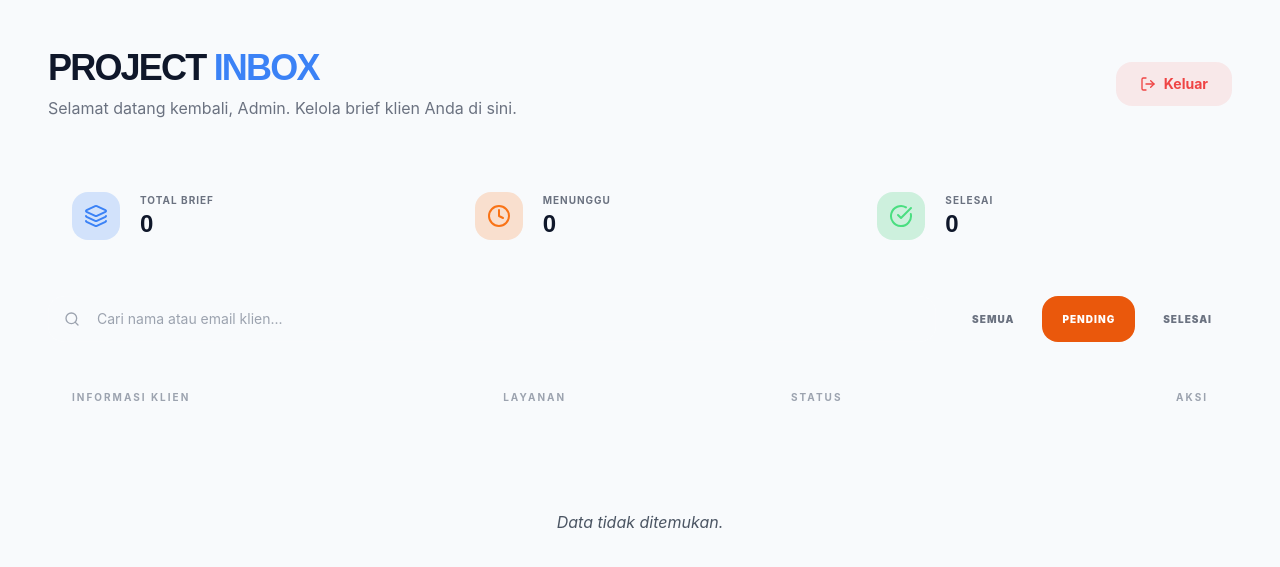
Repository: zhr-nabila/ClientBrief
Page: http://localhost/admin/index.php?f=Pending
An editor plug-in stored every save of this project. The page is shown before and after the next save, followed by the edit.
The browser window is 1280 px wide. The pictures show the whole page.
Some web fonts or font styles are not loaded; a fallback is used. Some web libraries are served in a nearby version. The page is run by PHP 8.4 with error messages shown; the project is at /var/www/html/. The session is filled in as if someone had signed in: {"admin_logged_in": true}. Other server files are loaded and not shown. Queries for data that is not in the repository find no rows.

Above is the page before, as saved 2026-01-18 20:14:06.

### admin/index.php
<?php
include 'auth.php';
include '../includes/koneksi.php';

$filter_status = isset($_GET['f']) ? $_GET['f'] : '';
$search = isset($_GET['s']) ? $_GET['s'] : '';

$sql = "SELECT * FROM tb_projek WHERE 1=1";

if ($filter_status != '') {
    $sql .= " AND status = '$filter_status'";
}
if ($search != '') {
    $sql .= " AND (nama_klien LIKE '%$search%' OR email_klien LIKE '%$search%')";
}

$sql .= " ORDER BY tgl_input DESC";
$query = mysqli_query($koneksi, $sql);

$total_projek = mysqli_num_rows(mysqli_query($koneksi, "SELECT id FROM tb_projek"));
$pending      = mysqli_num_rows(mysqli_query($koneksi, "SELECT id FROM tb_projek WHERE status='Pending'"));
$selesai      = mysqli_num_rows(mysqli_query($koneksi, "SELECT id FROM tb_projek WHERE status='Selesai'"));
?>
<!DOCTYPE html>
<html lang="id">

<head>
    <meta charset="UTF-8">
    <meta name="viewport" content="width=device-width, initial-scale=1.0">
    <title>Dashboard Admin | ClientBrief</title>
    <script src="https://cdn.tailwindcss.com"></script>
    <script src="https://unpkg.com/lucide@latest"></script>
    <link href="https://fonts.googleapis.com/css2?family=Plus+Jakarta+Sans:wght@400;600;800&display=swap" rel="stylesheet">
     <link rel="stylesheet" href="../css/style.css">
</head>

<body class="p-6 md:p-12">

    <div class="max-w-7xl mx-auto">
        <div class="flex flex-col md:flex-row justify-between items-start md:items-center mb-12 gap-6">
            <div>
                <h1 class="text-4xl font-black tracking-tighter uppercase">Project <span class="text-blue-500">Inbox</span></h1>
                <p class="text-gray-500 mt-2">Selamat datang kembali, Admin. Kelola brief klien Anda di sini.</p>
            </div>
            <a href="logout.php" class="flex items-center gap-2 px-6 py-3 bg-red-500/10 text-red-500 rounded-2xl hover:bg-red-500 hover:text-white transition-all font-bold text-sm text-center">
                <i data-lucide="log-out" class="w-4 h-4"></i> Keluar
            </a>
        </div>

        <div class="grid grid-cols-1 md:grid-cols-3 gap-6 mb-8">
            <div class="glass-card p-6 rounded-[24px] flex items-center gap-5">
                <div class="w-12 h-12 bg-blue-500/20 rounded-2xl flex items-center justify-center text-blue-500">
                    <i data-lucide="layers" class="w-6 h-6"></i>
                </div>
                <div>
                    <p class="text-[10px] uppercase tracking-widest text-gray-500 font-bold">Total Brief</p>
                    <h3 class="text-2xl font-black"><?= $total_projek ?></h3>
                </div>
            </div>

            <div class="glass-card p-6 rounded-[24px] flex items-center gap-5">
                <div class="w-12 h-12 bg-orange-500/20 rounded-2xl flex items-center justify-center text-orange-500">
                    <i data-lucide="clock" class="w-6 h-6"></i>
                </div>
                <div>
                    <p class="text-[10px] uppercase tracking-widest text-gray-500 font-bold">Menunggu</p>
                    <h3 class="text-2xl font-black"><?= $pending ?></h3>
                </div>
            </div>

            <div class="glass-card p-6 rounded-[24px] flex items-center gap-5">
                <div class="w-12 h-12 bg-green-500/20 rounded-2xl flex items-center justify-center text-green-400">
                    <i data-lucide="check-circle" class="w-6 h-6"></i>
                </div>
                <div>
                    <p class="text-[10px] uppercase tracking-widest text-gray-500 font-bold">Selesai</p>
                    <h3 class="text-2xl font-black"><?= $selesai ?></h3>
                </div>
            </div>
        </div>

        <div class="flex flex-col md:flex-row gap-4 mb-6">
            <form method="GET" class="relative flex-1">
                <i data-lucide="search" class="absolute left-4 top-1/2 -translate-y-1/2 w-4 h-4 text-gray-400"></i>
                <input type="text" name="s" value="<?= htmlspecialchars($search) ?>" placeholder="Cari nama atau email klien..."
                    class="w-full bg-white/5 border border-white/10 rounded-2xl py-3 pl-12 pr-4 text-sm focus:outline-none focus:border-blue-500 transition-all text-white">
            </form>

            <div class="flex gap-2">
                <a href="index.php" class="px-5 py-3 rounded-2xl text-[10px] font-black uppercase tracking-widest <?= $filter_status == '' ? 'bg-blue-600 text-white' : 'bg-white/5 text-gray-500 hover:bg-white/10' ?> transition-all flex items-center">Semua</a>
                <a href="index.php?f=Pending" class="px-5 py-3 rounded-2xl text-[10px] font-black uppercase tracking-widest <?= $filter_status == 'Pending' ? 'bg-orange-600 text-white' : 'bg-white/5 text-gray-500 hover:bg-white/10' ?> transition-all flex items-center">Pending</a>
                <a href="index.php?f=Selesai" class="px-5 py-3 rounded-2xl text-[10px] font-black uppercase tracking-widest <?= $filter_status == 'Selesai' ? 'bg-green-600 text-white' : 'bg-white/5 text-gray-500 hover:bg-white/10' ?> transition-all flex items-center">Selesai</a>
            </div>
        </div>

        <div class="glass-card rounded-[32px] overflow-hidden">
            <div class="overflow-x-auto no-scrollbar">
                <table class="w-full text-left border-collapse">
                    <thead>
                        <tr class="bg-white/5 border-b border-white/5">
                            <th class="p-6 text-[10px] uppercase tracking-[0.2em] text-gray-400 font-bold">Informasi Klien</th>
                            <th class="p-6 text-[10px] uppercase tracking-[0.2em] text-gray-400 font-bold">Layanan</th>
                            <th class="p-6 text-[10px] uppercase tracking-[0.2em] text-gray-400 font-bold">Status</th>
                            <th class="p-6 text-[10px] uppercase tracking-[0.2em] text-gray-400 font-bold text-right">Aksi</th>
                        </tr>
                    </thead>
                    <tbody class="divide-y divide-white/5">
                        <?php if (mysqli_num_rows($query) > 0): ?>
                            <?php while ($row = mysqli_fetch_assoc($query)): ?>
                                <tr class="hover:bg-white/[0.02] transition-colors group">
                                    <td class="p-6">
                                        <div class="font-bold text-lg tracking-tight"><?= htmlspecialchars($row['nama_klien']) ?></div>
                                        <div class="text-sm text-gray-500 flex items-center gap-2 mt-1">
                                            <i data-lucide="mail" class="w-3 h-3"></i> <?= htmlspecialchars($row['email_klien']) ?>
                                        </div>
                                    </td>
                                    <td class="p-6">
                                        <div class="text-sm font-semibold"><?= htmlspecialchars($row['jasa_pilihan']) ?></div>
                                        <div class="text-[10px] text-gray-600 mt-1 uppercase tracking-widest italic">
                                            <?= date('d M Y', strtotime($row['tgl_input'])) ?>
                                        </div>
                                    </td>
                                    <td class="p-6">
                                        <?php
                                        $statusClass = [
                                            'Pending' => 'bg-orange-500/10 text-orange-500',
                                            'Disetujui' => 'bg-green-500/10 text-green-500',
                                            'Ditolak' => 'bg-red-500/10 text-red-500',
                                            'Dalam Pengerjaan' => 'bg-blue-500/10 text-blue-500',
                                            'Selesai' => 'bg-purple-500/10 text-purple-500'
                                        ];
                                        $cls = $statusClass[$row['status']] ?? 'bg-gray-500/10 text-gray-500';
                                        ?>
                                        <span class="px-4 py-1.5 rounded-full text-[10px] font-black uppercase tracking-tighter <?= $cls ?>">
                                            <?= $row['status'] ?>
                                        </span>
                                    </td>
                                    <td class="p-6 text-right">
                                        <div class="flex justify-end gap-2 opacity-0 group-hover:opacity-100 transition-opacity">

                                            <?php if (isset($row['no_telepon'])): ?>
                                                <?php
                                                $wa_number = preg_replace('/[^0-9]/', '', $row['no_telepon']);
                                                if (substr($wa_number, 0, 1) === '0') $wa_number = '62' . substr($wa_number, 1);
                                                ?>
                                                <a href="https://wa.me/<?= $wa_number ?>" target="_blank" class="p-3 bg-white/5 rounded-xl hover:bg-green-600 transition-all text-green-400 hover:text-white" title="Chat WhatsApp">
                                                    <i data-lucide="message-square" class="w-4 h-4"></i>
                                                </a>
                                            <?php endif; ?>

                                            <button onclick="showDetail('<?= addslashes($row['kebutuhan_detail']) ?>')" class="p-3 bg-white/5 rounded-xl hover:bg-blue-600 transition-all" title="Detail Pesan">
                                                <i data-lucide="eye" class="w-4 h-4"></i>
                                            </button>

                                            <?php if (!empty($row['nama_file'])): ?>
                                                <button onclick="openPreview('../Uploads/<?= $row['nama_file'] ?>')" class="p-3 bg-white/5 rounded-xl hover:bg-green-600 transition-all text-green-400 hover:text-white" title="Lihat Referensi">
                                                    <i data-lucide="image" class="w-4 h-4"></i>
                                                </button>
                                            <?php else: ?>
                                                <button class="p-3 bg-white/5 rounded-xl opacity-30 cursor-not-allowed" title="Tidak ada gambar">
                                                    <i data-lucide="image-off" class="w-4 h-4"></i>
                                                </button>
                                            <?php endif; ?>

                                            <a href="hapus_projek.php?id=<?= $row['id'] ?>"
                                                onclick="return confirm('Hapus brief dari <?= htmlspecialchars($row['nama_klien']) ?>?')"
                                                class="p-3 bg-white/5 rounded-xl hover:bg-red-600 transition-all text-red-500 hover:text-white" title="Hapus">
                                                <i data-lucide="trash-2" class="w-4 h-4"></i>
                                            </a>

                                            <a href="edit_projek.php?id=<?= $row['id'] ?>" class="p-3 bg-white/5 rounded-xl hover:bg-white/20 transition-all" title="Edit Status">
                                                <i data-lucide="edit-3" class="w-4 h-4"></i>
                                            </a>
                                        </div>
                                    </td>
                                </tr>
                            <?php endwhile; ?>
                        <?php else: ?>
                            <tr>
                                <td colspan="4" class="p-20 text-center text-gray-600 italic">Data tidak ditemukan.</td>
                            </tr>
                        <?php endif; ?>
                    </tbody>
                </table>
            </div>
        </div>
    </div>

    <div id="imageModal" class="fixed inset-0 z-[100] hidden items-center justify-center p-4 bg-black/90 backdrop-blur-sm" onclick="closePreview()">
        <div class="relative max-w-4xl w-full flex flex-col items-center" onclick="event.stopPropagation()">
            <button onclick="closePreview()" class="absolute -top-12 right-0 text-white hover:text-red-500 transition-all flex items-center gap-2 font-bold uppercase tracking-widest text-xs">
                Tutup <i data-lucide="x" class="w-6 h-6"></i>
            </button>
            <img id="modalImg" src="" class="max-h-[80vh] w-auto rounded-2xl shadow-2xl border border-white/10">
        </div>
    </div>

    <script>
        lucide.createIcons();

        function showDetail(text) {
            alert("DETAIL KEBUTUHAN:\n\n" + text);
        }

        function openPreview(src) {
            const modal = document.getElementById('imageModal');
            const img = document.getElementById('modalImg');
            img.src = src;
            modal.classList.add('active');
            modal.classList.remove('hidden');
        }

        function closePreview() {
            const modal = document.getElementById('imageModal');
            modal.classList.remove('active');
            modal.classList.add('hidden');
        }
    </script>
</body>

</html>

### admin/auth.php
<?php
session_start();
if (!isset($_SESSION['admin_logged_in']) || $_SESSION['admin_logged_in'] !== true) {
    header("Location: login.php");
    exit();
}
?>

### includes/koneksi.php
<?php
$host = "localhost";
$user = "root";
$pass = "";
$db   = "db_client_brief";

$koneksi = mysqli_connect($host, $user, $pass, $db);

if (!$koneksi) {
    die("Koneksi gagal: " . mysqli_connect_error());
}
?>

Loaded but not shown: js/script.js (545 lines, source omitted); css/style.css (1178 lines, source omitted)

After the next save:
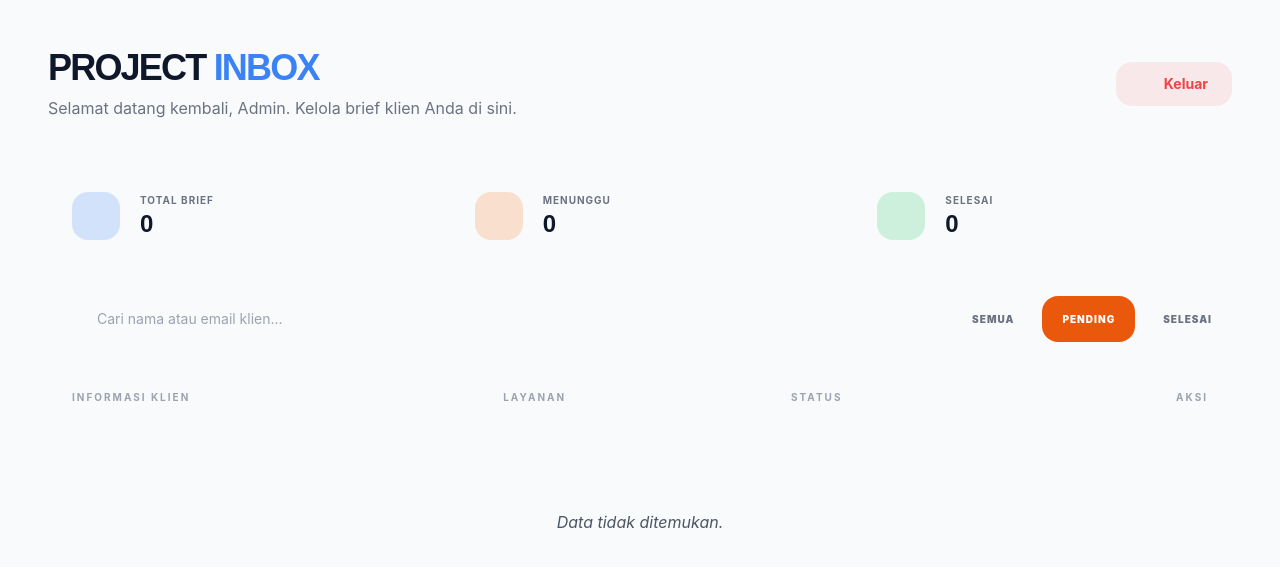
Console error: TypeError: Cannot read properties of null (reading 'addEventListener')
Saved 12 s later.
--- a/admin/index.php
+++ b/admin/index.php
@@ -195,27 +195,7 @@ $selesai      = mysqli_num_rows(mysqli_query($koneksi, "SELECT id FROM tb_projek
         </div>
     </div>
 
-    <script>
-        lucide.createIcons();
-
-        function showDetail(text) {
-            alert("DETAIL KEBUTUHAN:\n\n" + text);
-        }
-
-        function openPreview(src) {
-            const modal = document.getElementById('imageModal');
-            const img = document.getElementById('modalImg');
-            img.src = src;
-            modal.classList.add('active');
-            modal.classList.remove('hidden');
-        }
-
-        function closePreview() {
-            const modal = document.getElementById('imageModal');
-            modal.classList.remove('active');
-            modal.classList.add('hidden');
-        }
-    </script>
+    <script src="../js/script.js"></script>
 </body>
 
 </html>
